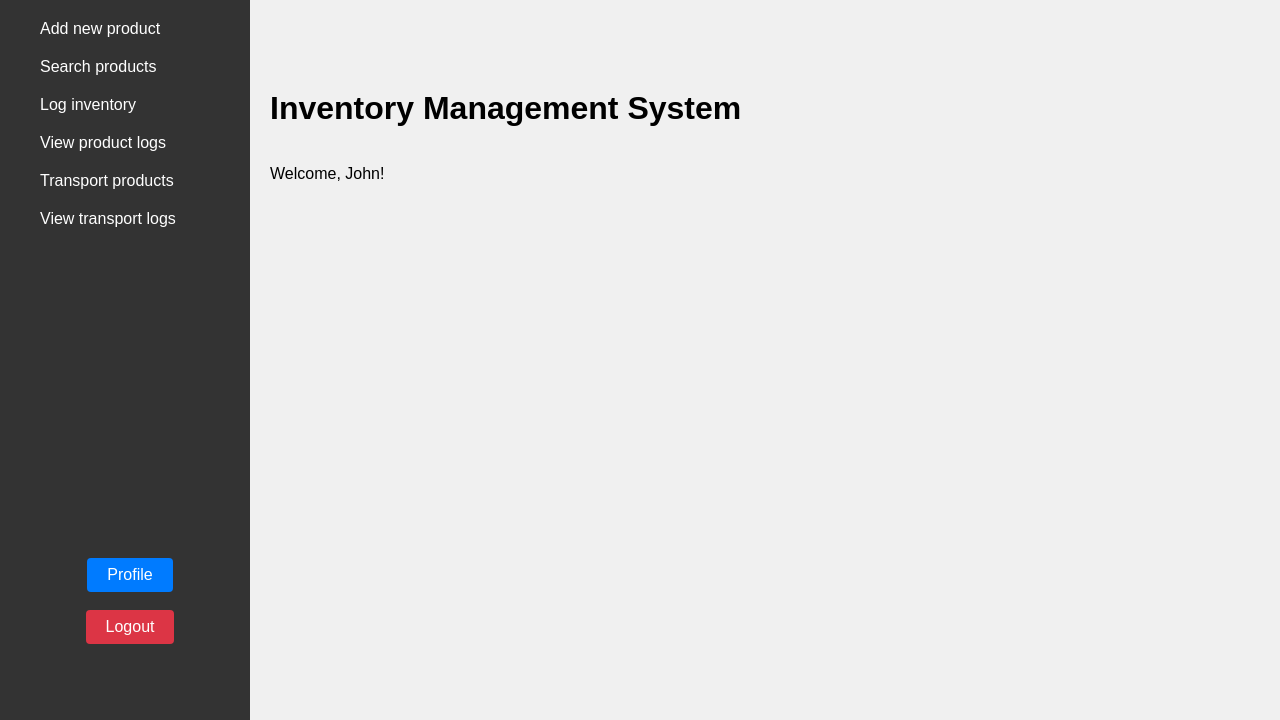
Repository: Warspinix/Flask-Web-Applications
Page: http://localhost/dashboard
The author's editor kept a copy of each file at every save. The page is drawn from the files as they stood at one save, then again after the next save.
The browser window is 1280 px wide. The pictures show the whole page.
The page is served by the project's application, run on Flask 3 (app.py). The session is filled in as if someone had signed in: {"user_id": 1, "first_name": "John"}.

Above is the page before, as saved 2024-06-13 22:17:01.

After the next save:
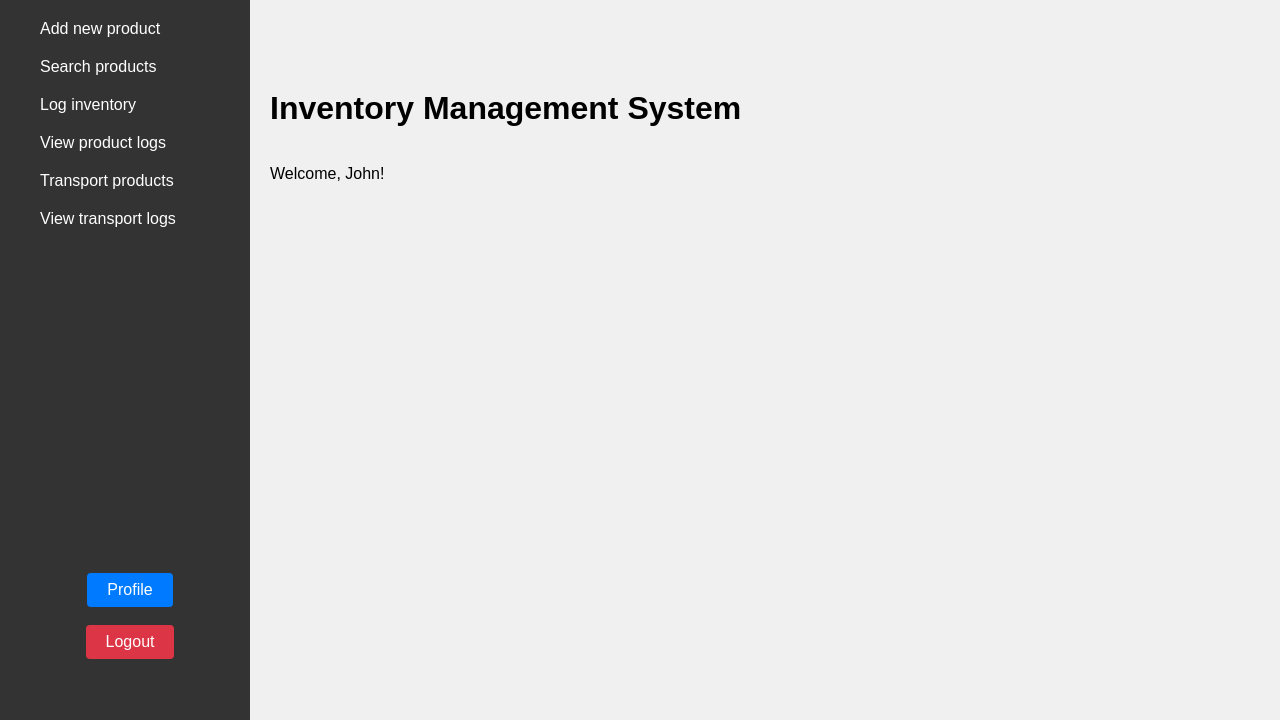
Saved 2 min 17 s later.
--- a/static/style.css
+++ b/static/style.css
@@ -21,7 +21,6 @@ h1 {
 .navbar {
     background-color: #333;
     color: #fff;
-    padding: 10px 20px;
     position: fixed;
     width: 250px; /* Set the width */
     height: 100%;
@@ -55,6 +54,7 @@ h1 {
     list-style-type: none;
     display: flex;
     height: 80svh;
+    padding: 10px 20px;
     flex-direction: column;
     margin-top: 0; /* Push menu items to the bottom */
 }
@@ -82,6 +82,7 @@ h1 {
     display: flex;
     flex-direction: column;
     align-items: center;
+    padding: 10px 20px;
     height: 20svh;
     margin-top: auto; /* Push to the bottom */
     margin-bottom: 20px; /* Adjust spacing */
